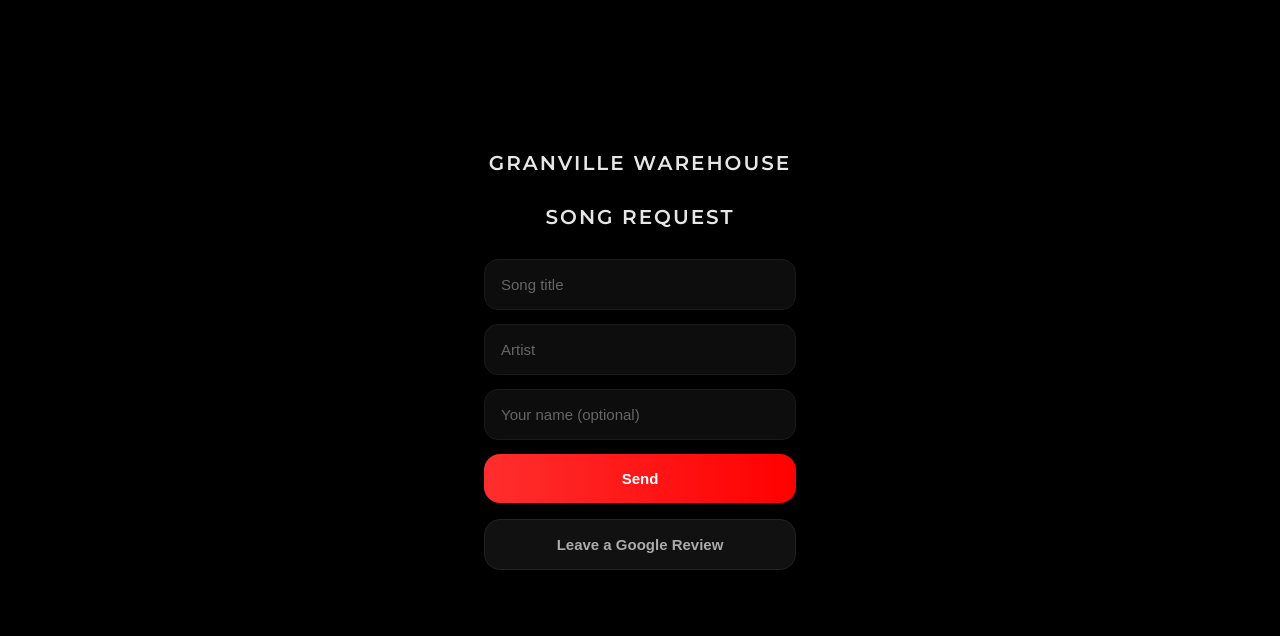
Repository: AryanHeravi/DJ-Request
Page: song_request.html
The author's editor kept a copy of each file at every save. The page is drawn from the files as they stood at one save, then again after the next save.
The browser window is 1280 px wide. The pictures show the whole page.

Above is the page before, as saved 2026-01-24 15:37:56.
Console error: ReferenceError: emailjs is not defined

After the next save:
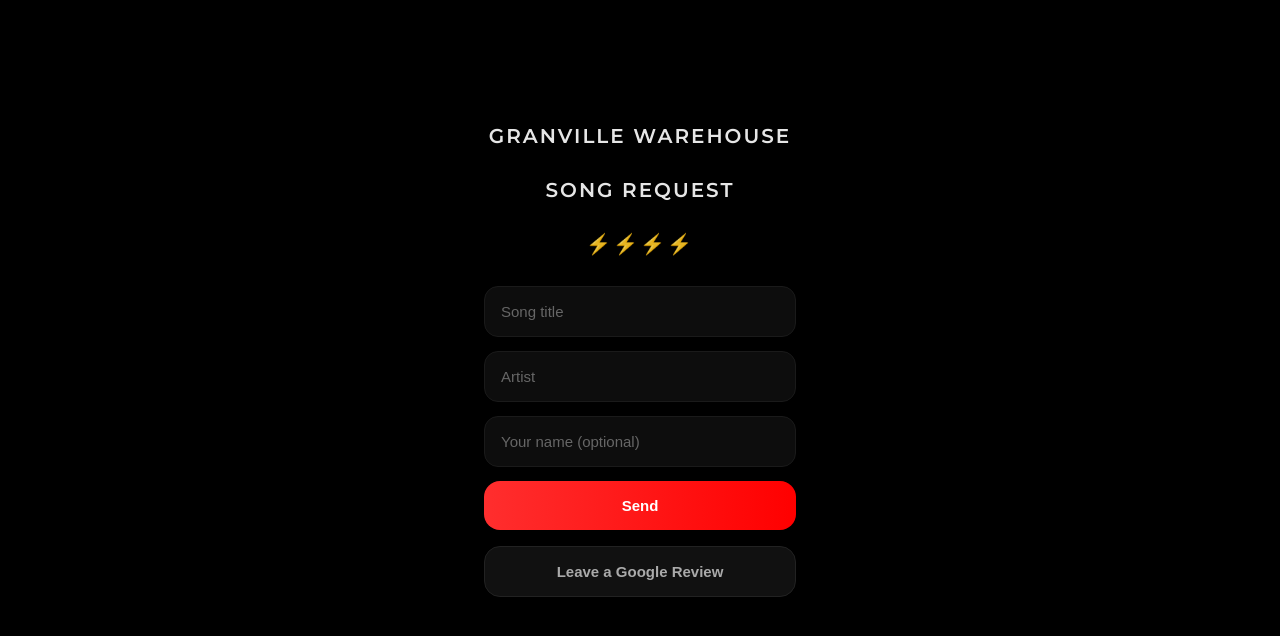
Saved 31 s later.
--- a/song_request.html
+++ b/song_request.html
@@ -98,7 +98,7 @@ button:active{transform:scale(.98)}
 <div class="wrapper">
   <h1>GRANVILLE WAREHOUSE</h1>
   <h1>SONG REQUEST</h1>
-  <h1></h1>
+  <h1>⚡⚡⚡⚡</h1>
   <form id="songForm">
     <input name="song" placeholder="Song title" required>
     <input name="artist" placeholder="Artist" required>
